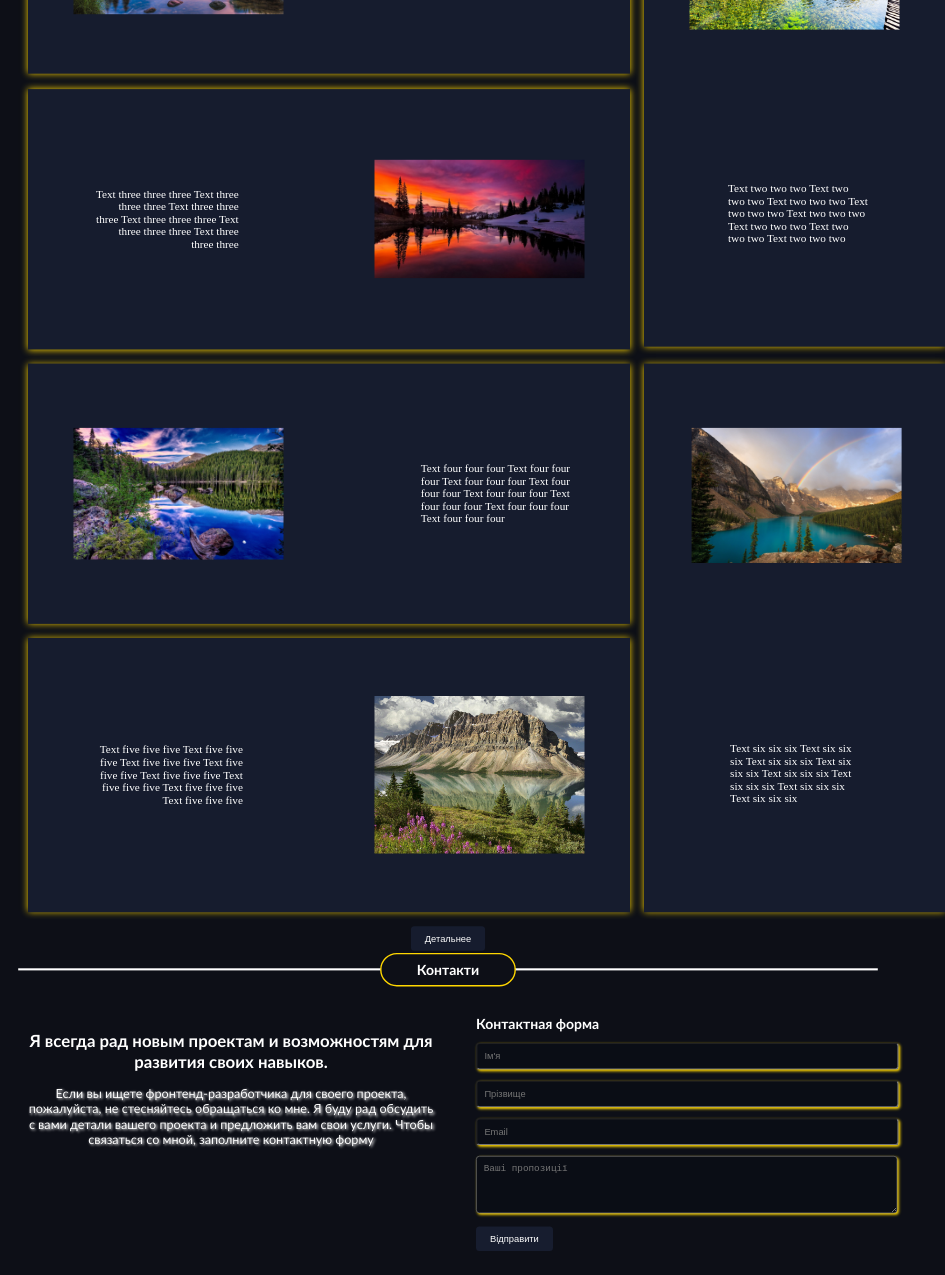
Repository: qtqqrdy13/cv-2
Page: index.html
The author's editor kept a copy of each file at every save. The page is drawn from the files as they stood at one save, then again after the next save.
The browser window is 1280 px wide. The page is 1350 px wide, so the pictures cover 1350 px, including what lies to the right of the window. The pictures show the part of the page from y = 3246 to 5086 px (the page is 5068 px tall before and 5086 px after), at 70% of full size.

Above is the page before, as saved 2023-10-12 16:11:41.

After the next save:
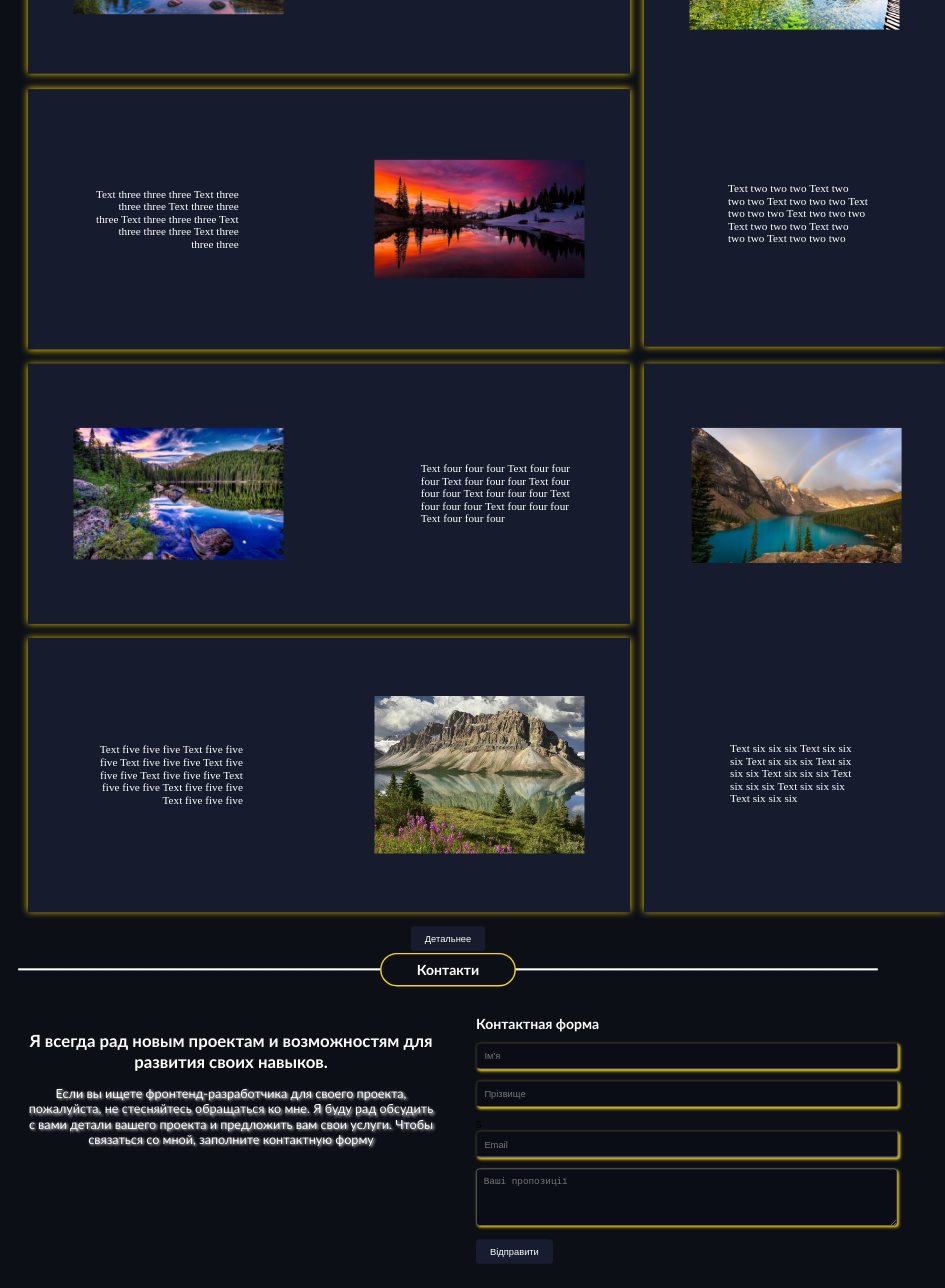
Saved 44 s later.
--- a/index.html
+++ b/index.html
@@ -201,7 +201,7 @@
                 </div>
                 <div class="form-group">
                     <input type="text" id="secondname" name="secondname" placeholder="Прізвище" required>
-                </div>
+                </div>5
                 <div class="form-group">
                     <input type="text" id="email" name="email" placeholder="Email">
                 </div>
--- a/main.css
+++ b/main.css
@@ -728,6 +728,7 @@
     padding: 10px 20px;
     border-radius: 5px;
     cursor: pointer;
+    align-items:center;
 }
 
 .form-group button:hover {

After the save that followed:
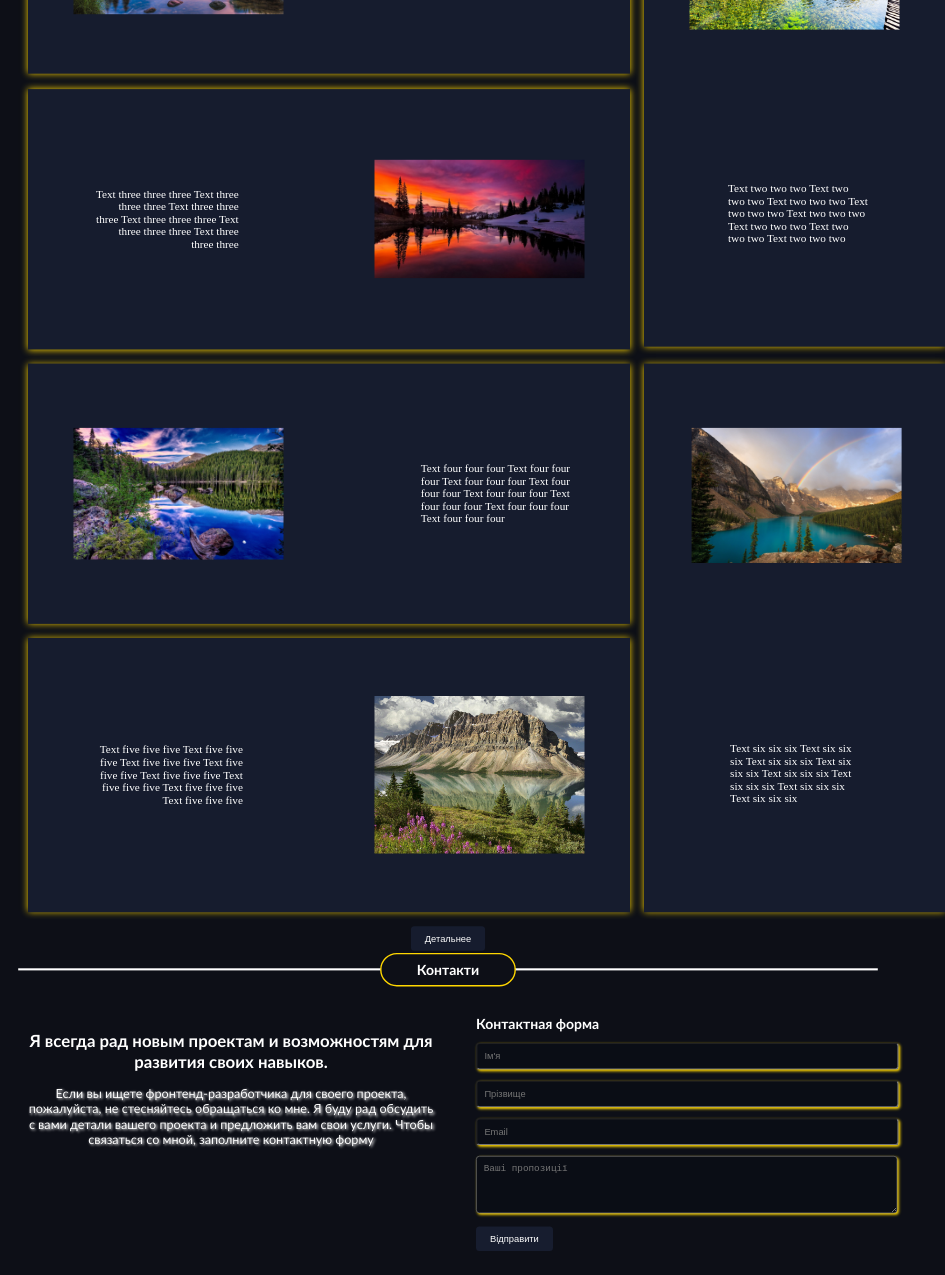
Saved 77 s later.
--- a/index.html
+++ b/index.html
@@ -201,7 +201,7 @@
                 </div>
                 <div class="form-group">
                     <input type="text" id="secondname" name="secondname" placeholder="Прізвище" required>
-                </div>5
+                </div>
                 <div class="form-group">
                     <input type="text" id="email" name="email" placeholder="Email">
                 </div>
--- a/main.css
+++ b/main.css
@@ -729,6 +729,7 @@
     border-radius: 5px;
     cursor: pointer;
     align-items:center;
+    margin: 0 auto;
 }
 
 .form-group button:hover {
